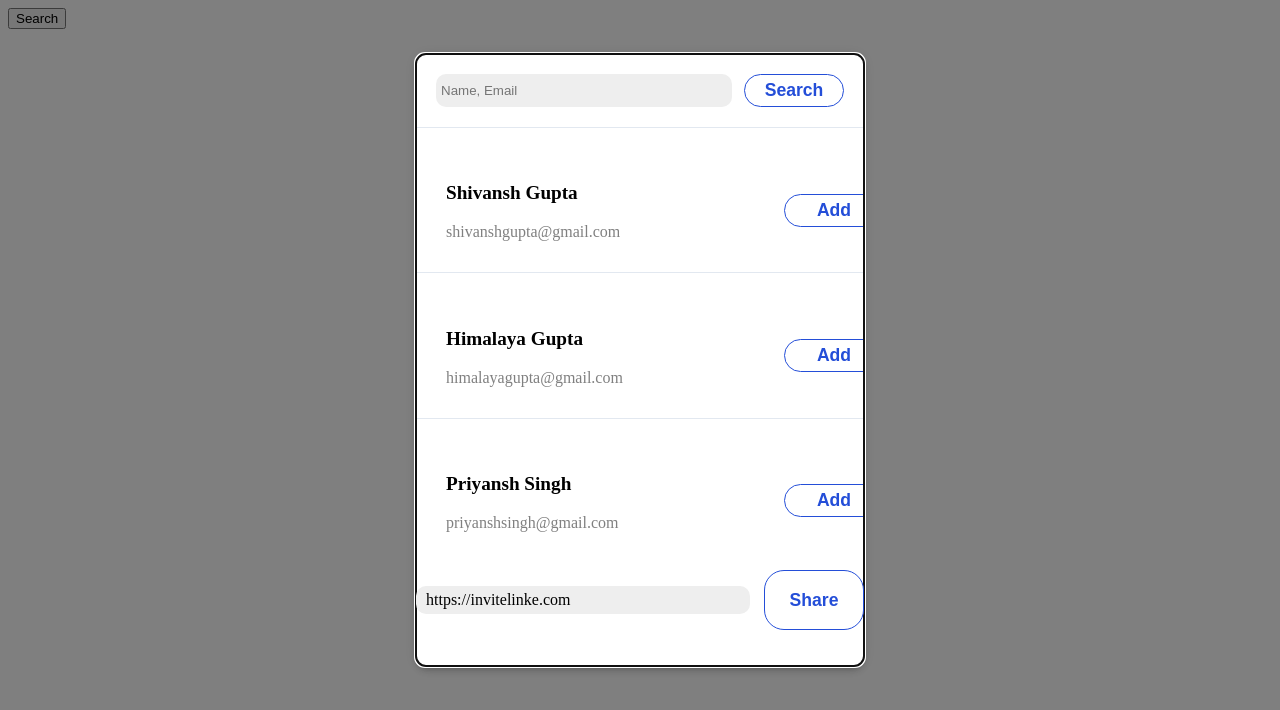
Repository: shiv0403/event-planner
Page: /, after clicking the first element matching `button`
These files come from the project's save history. The page is drawn as it stood at one moment and after the next save; the edit follows.
The browser window is 1280 px wide. The pictures show the whole page.
An inner scrolling area shows only its first screen. The project was rebuilt for these pictures with package versions that can differ from the ones it lists, and the page was loaded fresh each time.

Above is the page before, as saved 2021-07-27 12:44:43.

After the next save:
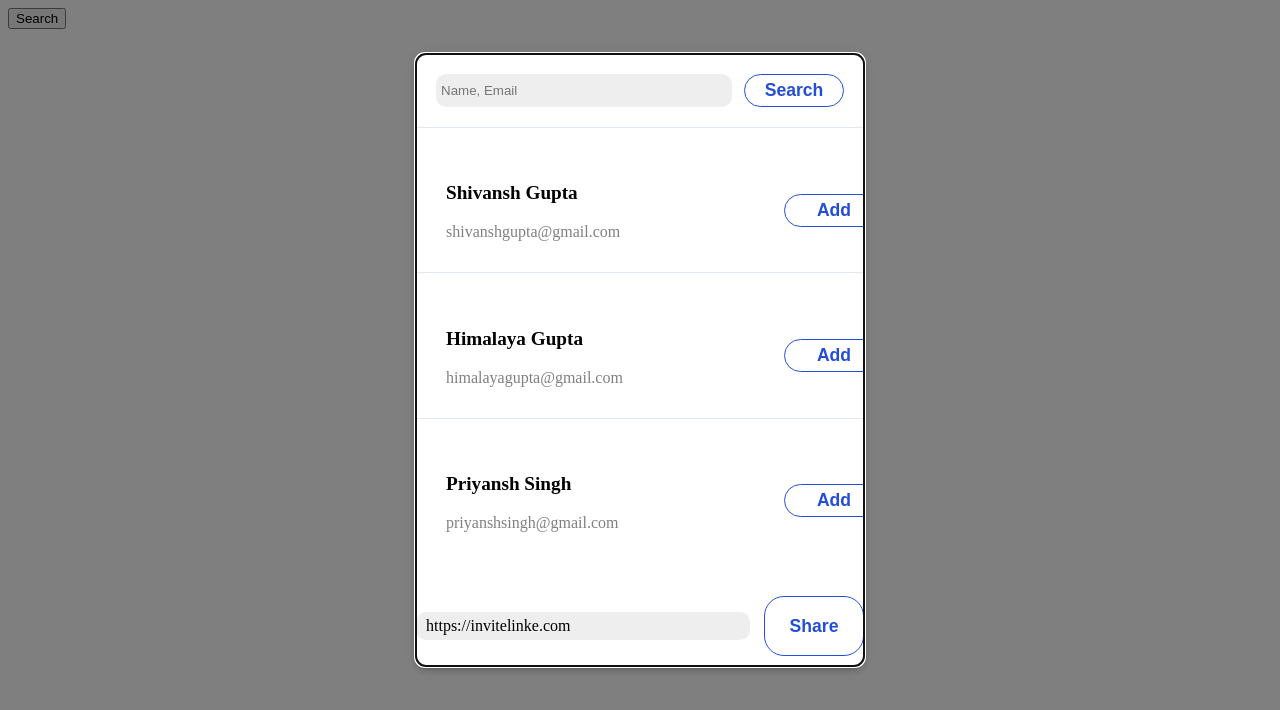
Saved 9 s later.
--- a/src/Components/SearchModal/SearchModal.css
+++ b/src/Components/SearchModal/SearchModal.css
@@ -42,9 +42,9 @@
   display: flex;
   justify-content: space-between;
   margin-top: 40px;
-  position: absolute;
+  /* position: absolute;
   bottom: 90px;
-  width: 35%;
+  width: 35%; */
 }
 
 .search__footer > p {
